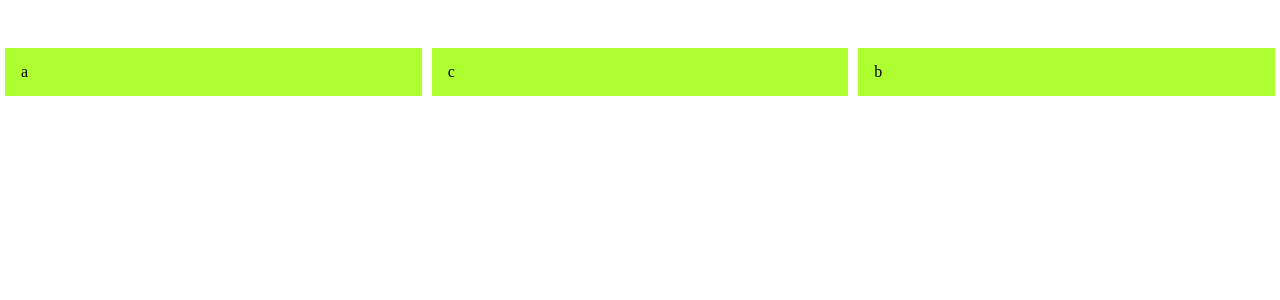
Repository: Giangattt123/HTML-CSS
Page: CSS/Flexbox/index.html
These files come from the project's save history. The page is drawn as it stood at one moment and after the next save; the edit follows.
The browser window is 1280 px wide. The pictures show the whole page.

Above is the page before, as saved 2023-04-26 16:03:54.

### CSS/Flexbox/index.html
<!DOCTYPE html>
<html lang="en">
  <head>
    <meta charset="UTF-8" />
    <meta http-equiv="X-UA-Compatible" content="IE=edge" />
    <meta name="viewport" content="width=device-width, initial-scale=1.0" />
    <title>Flexbox</title>
    <link rel="stylesheet" href="style.css" />
    <link rel="stylesheet" href="reset.css" />
  </head>
  <body>
    <ul class="list">
      <li class="list-item">a</li>
      <li class="list-item">c</li>
      <li class="list-item">b</li>
    </ul>
  </body>
</html>

### CSS/Flexbox/style.css
*,
*:before *:after {
  box-sizing: border-box;
}
html {
  font-size: 62.5%;
}
body {
  font-family: "Poppins", sans-serif;
  font-size: 1.6rem;
  font-weight: normal;
}
img {
  display: block;
  max-width: 100%;
}
input,
textarea,
select,
button {
  outline: none;
}
input {
  line-height: normal;
}
label,
button {
  cursor: pointer;
}
a {
  text-decoration: none;
}
.list {
  display: flex;
  /* flex-direction: row-reverse; */
  align-items: flex-start;
  align-items: flex-end;
  align-items: center;
  margin-top: 3rem;
  justify-content: flex-start;
  justify-content: flex-end;
  justify-content: center;
  justify-content: space-between;
  justify-content: space-around;
  justify-content: space-evenly;
}
.list-item {
  padding: 1rem;
  background-color: greenyellow;
  margin: 0 5px;
  width: 50%;
  flex-wrap: wrap;
}
.list-item:last-child {
  align-self: flex-end;
}

Loaded but not shown: CSS/Flexbox/reset.css (common file)

After the next save:
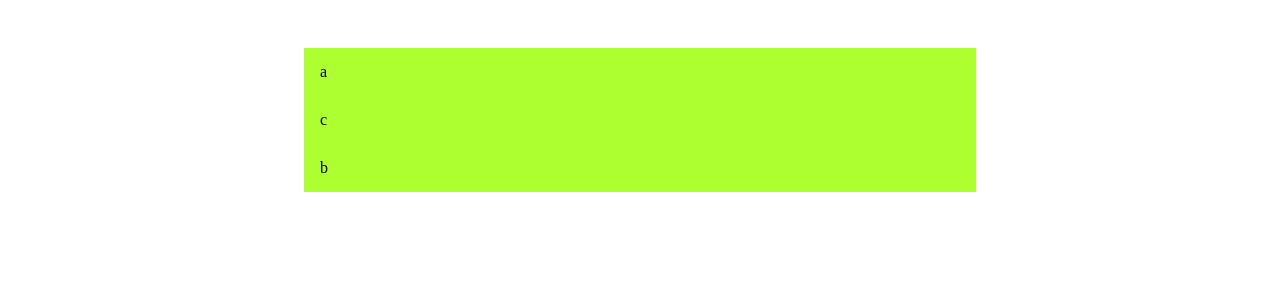
Saved 29 s later.
--- a/CSS/Flexbox/style.css
+++ b/CSS/Flexbox/style.css
@@ -43,13 +43,13 @@ a {
   justify-content: space-between;
   justify-content: space-around;
   justify-content: space-evenly;
+  flex-wrap: wrap;
 }
 .list-item {
   padding: 1rem;
   background-color: greenyellow;
   margin: 0 5px;
   width: 50%;
-  flex-wrap: wrap;
 }
 .list-item:last-child {
   align-self: flex-end;
